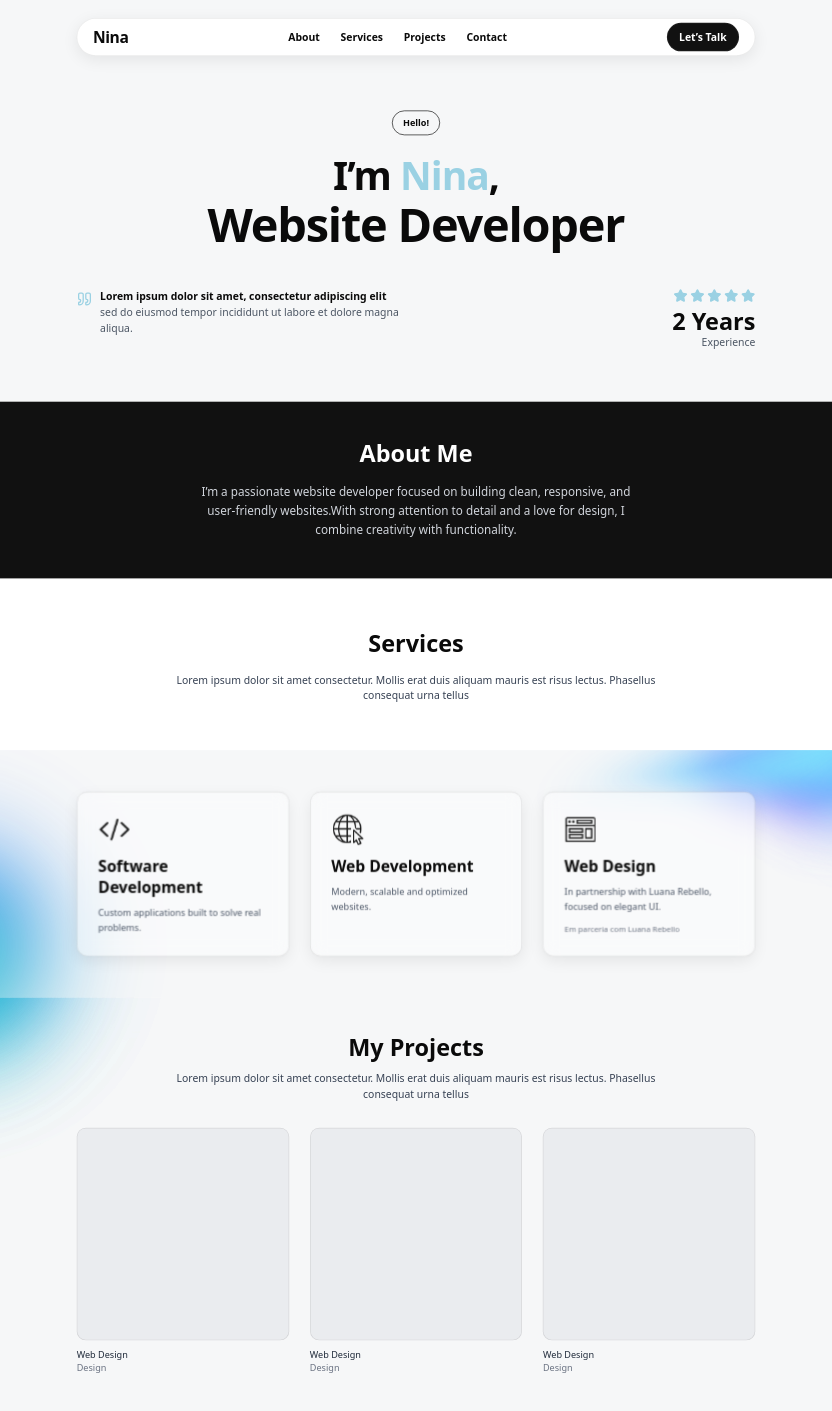
Repository: nina-rebello/portfolio
Page: /
An editor plug-in stored every save of this project. The page is shown before and after a run of saves, followed by the edit.
The browser window is 1280 px wide. The pictures show the whole page, at 65% of full size.
The project was rebuilt for these pictures with package versions that can differ from the ones it lists, and the page was loaded fresh each time. The framework's server and built-in components were replaced by stand-ins that run in the browser. Also part of the build but not shown: next.config.ts.

Above is the page before, as saved 2025-09-11 17:57:15.

After the next 2 saves:
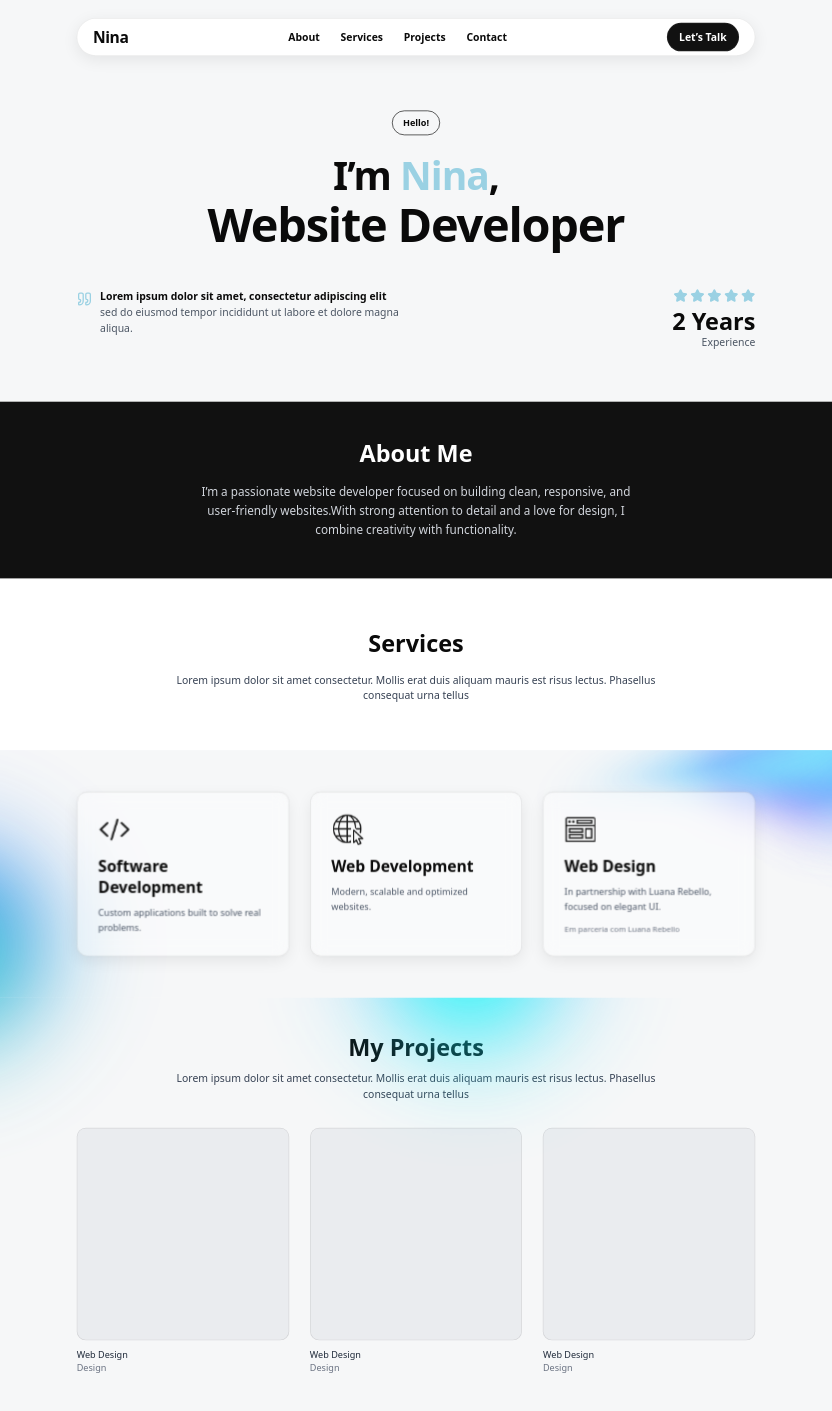
The 2 saves are shown as one change because they came seconds apart.
The last was saved 8 s later.
--- a/components/sections/Projects.tsx
+++ b/components/sections/Projects.tsx
@@ -22,11 +22,11 @@ export default function Projects() {
                   className="absolute -top-117 right-230 w-[860px] opacity-70"
         />
         <Image
-                  src="/gradients/blur-gradient.png"
+                  src="/gradients/blur-gradient-purple.png"
                   alt=""
                   width={760}
                   height={760}
-                  className="absolute -top-117 right-230 w-[860px] opacity-70"
+                  className="absolute -top-117 right-30 w-[860px] opacity-70"
         />
       </div>
 
